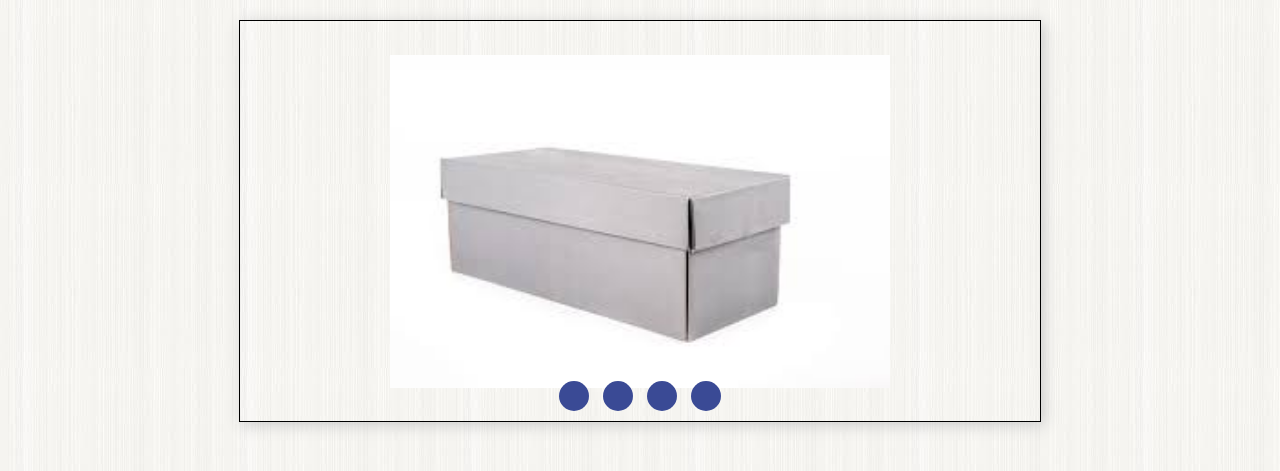
Repository: lauroPereira/study
Page: http://localhost/modules/home/home.php
The author's editor kept a copy of each file at every save. The page is drawn from the files as they stood at one save, then again after the next save.
The browser window is 1280 px wide. The pictures show the whole page.
The page is run by PHP 8.4 with error messages shown; the project is at /var/www/html/.

Above is the page before, as saved 2016-06-14 05:07:20.

After the next save:
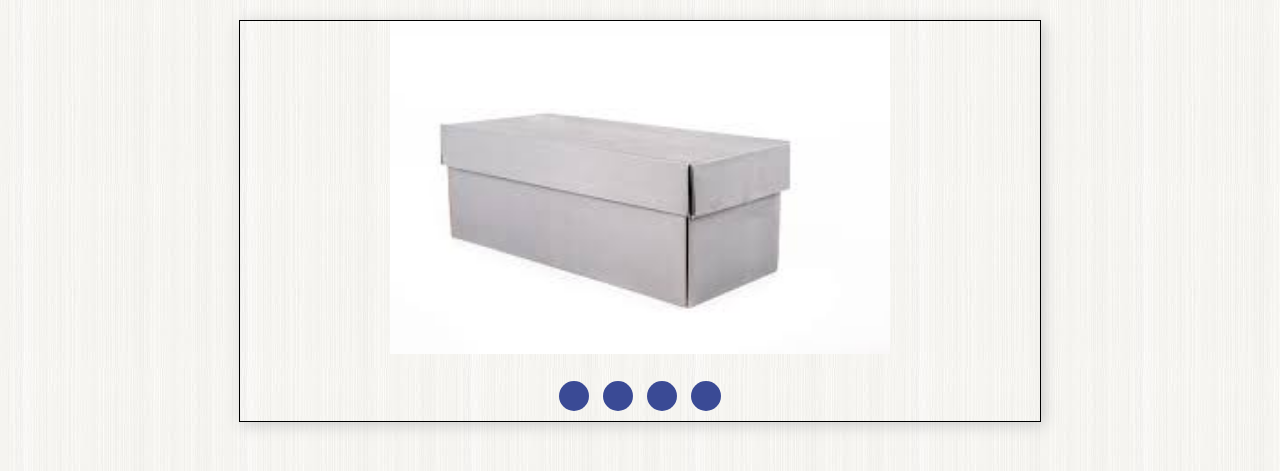
Saved 13 s later.
--- a/TrabalhoFinalWeb/css/home.css
+++ b/TrabalhoFinalWeb/css/home.css
@@ -10,7 +10,7 @@
 	background-image: url("../../img/promo1.jpg");
 	background-repeat: no-repeat;
 	background-size: 500px;
-	background-position: center;
+	background-position: top;
 
 }
 
